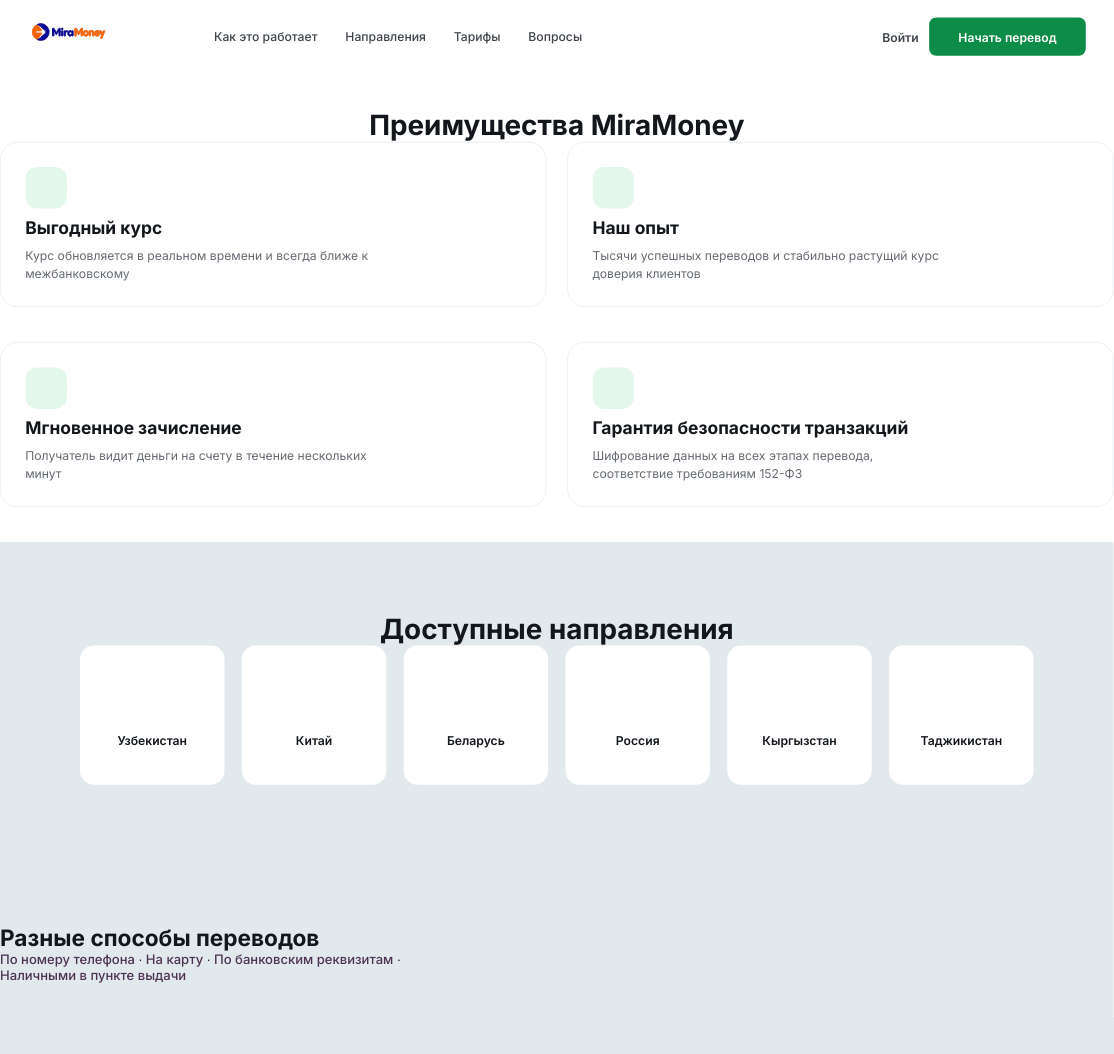
Repository: Shaiyr1/mira-money
Page: index.html
An editor plug-in stored every save of this project. The page is shown before and after a run of saves, followed by the edit.
The browser window is 1280 px wide. The pictures show the whole page, at 87% of full size.

Above is the page before, as saved 2026-10-20 16:59:30.

After the next 2 saves:
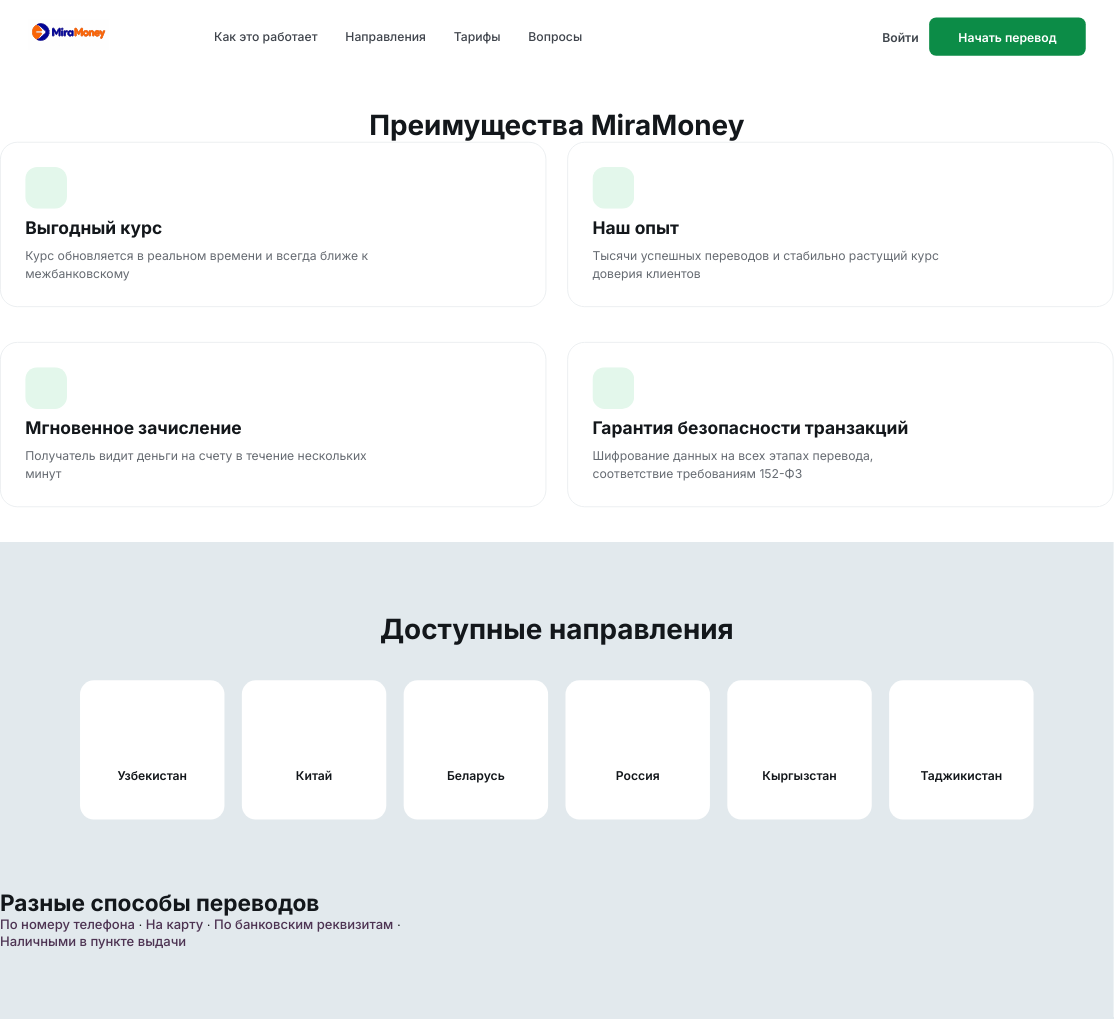
The 2 saves are shown as one change because they came seconds apart.
The last was saved 48 s later.
--- a/src/css/style.css
+++ b/src/css/style.css
@@ -162,7 +162,7 @@
 }
 
 .description-items {
-    padding-bottom: 80px;
+    margin-top: 40px;
     display: flex;
     justify-content: center;
     align-items: center;
